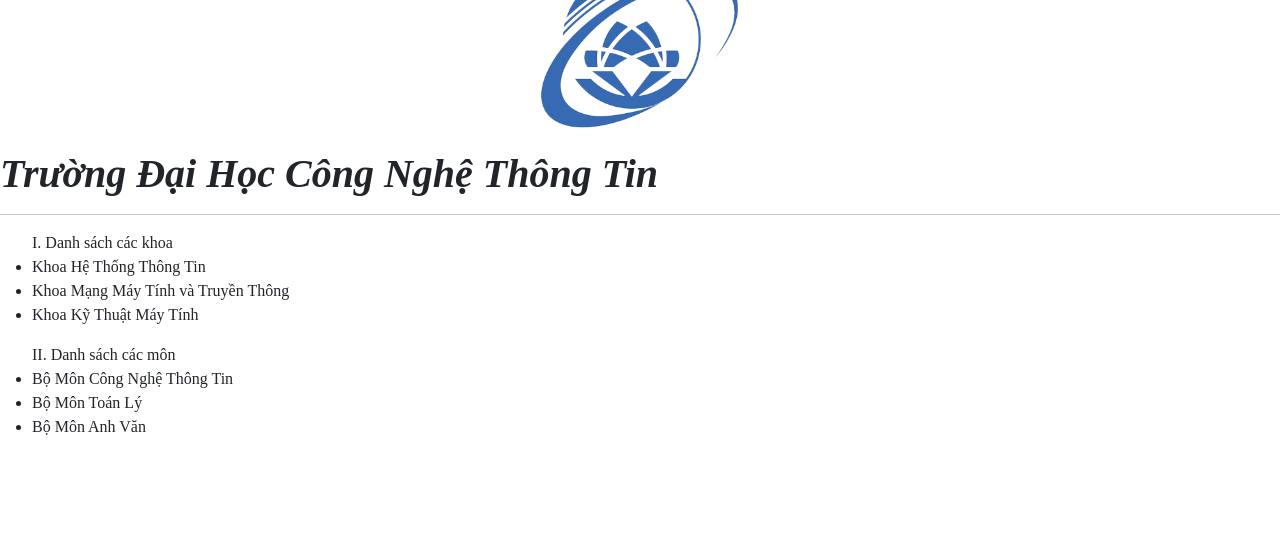
Repository: hoapham2k2/bai_tap_thuc_hanh_is207.n12
Page: index.html
These files come from the project's save history. The page is drawn as it stood at one moment and after the next save; the edit follows.
The browser window is 1280 px wide. The pictures show the whole page.

Above is the page before, as saved 2022-09-19 08:57:25.

### index.html
<!DOCTYPE html>
<html lang="en">

<head>
    <meta charset="UTF-8">
    <meta http-equiv="X-UA-Compatible" content="IE=edge">
    <meta name="viewport" content="width=device-width, initial-scale=1.0">
    <!-- Latest compiled and minified CSS -->
    <link href="https://cdn.jsdelivr.net/npm/bootstrap@5.2.1/dist/css/bootstrap.min.css" rel="stylesheet">

    <!-- Latest compiled JavaScript -->
    <script src="https://cdn.jsdelivr.net/npm/bootstrap@5.2.1/dist/js/bootstrap.bundle.min.js"></script>

    <title>Document</title>

    <style>
        *,
        *::before,
        *::after {
            box-sizing: border-box;
        }

        * {
            margin: 0;
            padding: 0;
            font: inherit;
        }

        body {
            line-height: 1.5;
        }

        img,
        picture,
        video,
        canvas,
        svg {
            display: block;
            max-width: 100%;
        }

        input,
        button,
        textarea,
        select {
            outline: none;
        }

        p,
        h1,
        h2,
        h3,
        h4,
        h5,
        h6 {
            overflow-wrap: break-word;
        }

        * {
            font-family: 'Times New Roman', Times, serif;
        }

        .wrapper {}

        .wrapper_header {}

        .wrapper_header_logo {
            display: flex;
            justify-content: center;
            align-items: center;
            height: 100px;
        }

        .wrapper_header_title {
            margin-top: 50px;
            font-style: italic;
            font-weight: 600;
        }

        .wrapper_body {}

        .wrapper_list_1st {}

        .wrapper_item {}

        .wrapper_list_2st {}
    </style>
</head>

<body>

    <div class="wrapper">
        <div class="wrapper_header">
            <div class="wrapper_header_logo">
                <img src="./assets/img/logo-uit.png" alt="anh_logo_uit" width="200px">
            </div>
            <h1 class="wrapper_header_title">Trường Đại Học Công Nghệ Thông Tin</h1>
        </div>
        <hr>
        <div class="wrapper_body">
            <ul class="wrapper_list_1st">I. Danh sách các khoa
                <li class="wrapper_item">Khoa Hệ Thống Thông Tin</li>
                <li class="wrapper_item">Khoa Mạng Máy Tính và Truyền Thông</li>
                <li class="wrapper_item">Khoa Kỹ Thuật Máy Tính</li>
            </ul>
            <ul class="wrapper_list_2st">II. Danh sách các môn
                <li class="wrapper_item">Bộ Môn Công Nghệ Thông Tin</li>
                <li class="wrapper_item">Bộ Môn Toán Lý</li>
                <li class="wrapper_item">Bộ Môn Anh Văn</li>
            </ul>
        </div>
</body>

</html>

After the next save:
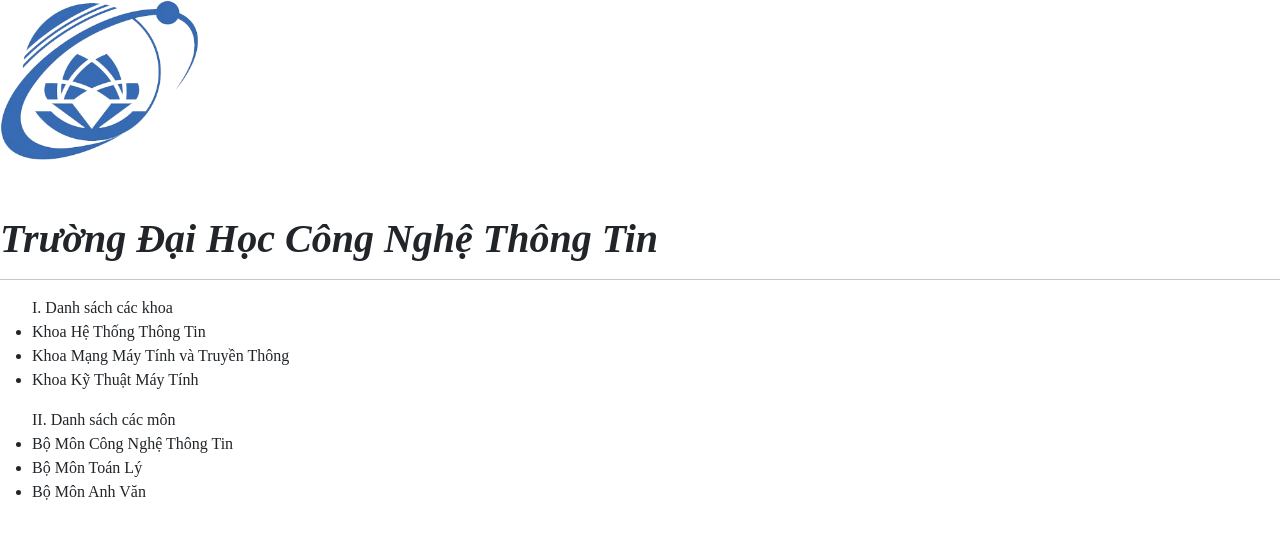
Saved 14 s later.
--- a/index.html
+++ b/index.html
@@ -64,12 +64,7 @@
 
         .wrapper_header {}
 
-        .wrapper_header_logo {
-            display: flex;
-            justify-content: center;
-            align-items: center;
-            height: 100px;
-        }
+        .wrapper_header_logo {}
 
         .wrapper_header_title {
             margin-top: 50px;
